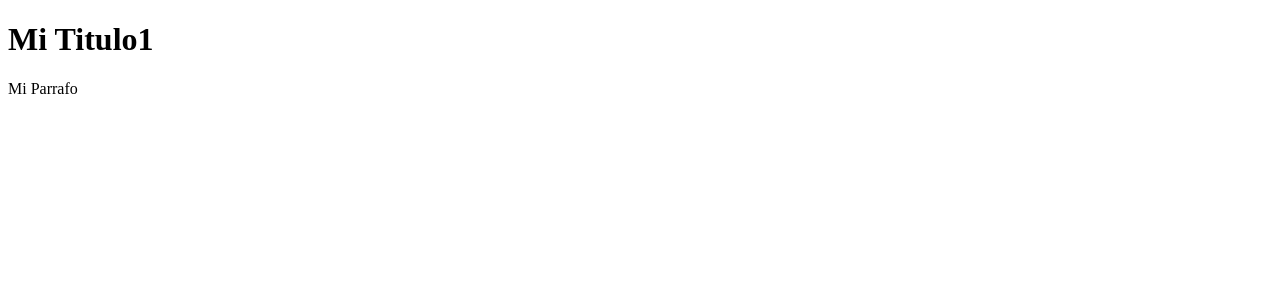
Repository: PabloSebastianPorto/Entrega-CV-1-ARG-PROG
Page: ejemplo.html
The author's editor kept a copy of each file at every save. The page is drawn from the files as they stood at one save, then again after the next save.
The browser window is 1280 px wide. The pictures show the whole page.

Above is the page before, as saved 2023-01-03 17:16:31.

After the next save:
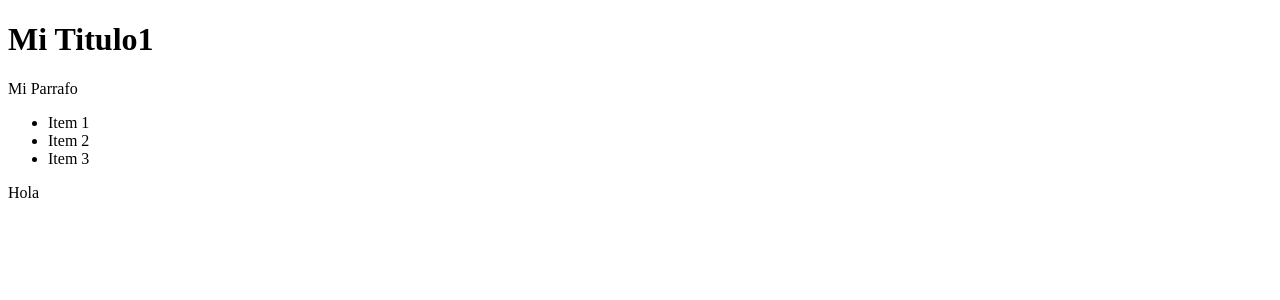
Saved 2 days later.
--- a/ejemplo.html
+++ b/ejemplo.html
@@ -1,13 +1,20 @@
 <!DOCTYPE html>
 <html lang="es">
-<head>
-    <meta charset="UTF-8">
-    <meta http-equiv="X-UA-Compatible" content="IE=edge">
-    <meta name="viewport" content="width=device-width, initial-scale=1.0">
+  <head>
+    <meta charset="UTF-8" />
+    <meta http-equiv="X-UA-Compatible" content="IE=edge" />
+    <meta name="viewport" content="width=device-width, initial-scale=1.0" />
     <title>Trabajando con la consola en Google Chrome</title>
-</head>
-<body>
+  </head>
+  <body>
     <h1>Mi Titulo1</h1>
+
     <p>Mi Parrafo</p>
-</body>
+    <ul>
+      <li>Item 1</li>
+      <li>Item 2</li>
+      <li>Item 3</li>
+    </ul>
+    <span>Hola</span>
+  </body>
 </html>
